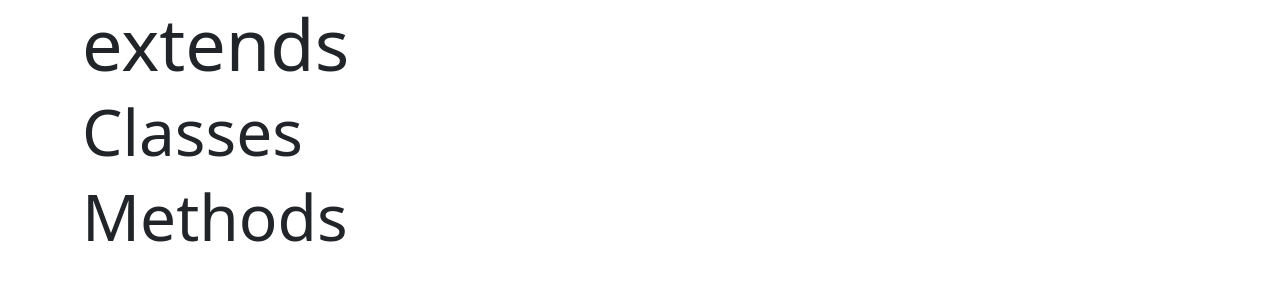
Repository: danieltikamori/wdb
Page: JavaScript/extendends-and-super-keywords/index.html
The author's editor kept a copy of each file at every save. The page is drawn from the files as they stood at one save, then again after a run of saves.
The browser window is 1280 px wide. The pictures show the whole page.

Above is the page before, as saved 2023-01-29 13:05:10.
Console error: SyntaxError: Unexpected token '{'

After the next 2 saves:
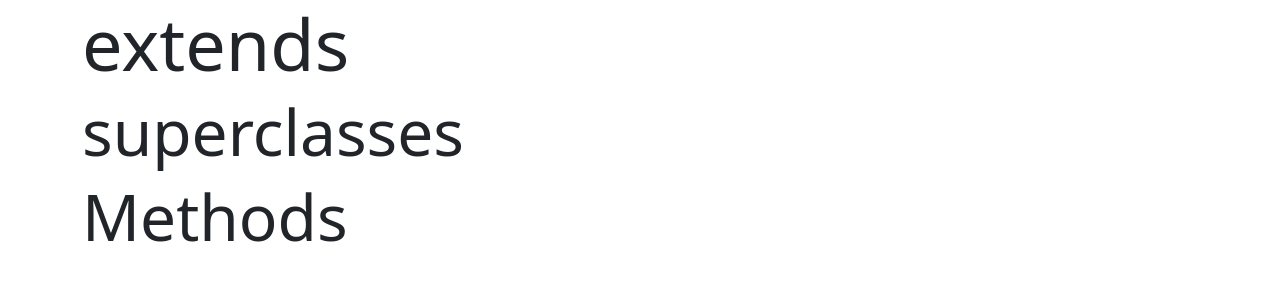
The 2 saves are shown as one change because they came seconds apart.
The last was saved 58 s later.
--- a/JavaScript/extendends-and-super-keywords/index.html
+++ b/JavaScript/extendends-and-super-keywords/index.html
@@ -10,7 +10,7 @@
   <body>
 <div class="container">
   <h1 class="display-2">extends</h1>
-  <h2 class="display-3">Classes</h2>
+  <h2 class="display-3">superclasses</h2>
   <h2 class="display-3">Methods</h2>
 </div>
 
